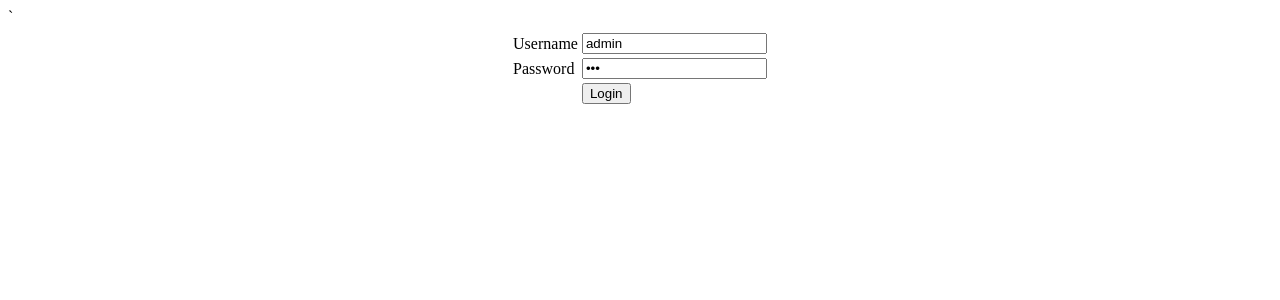
Repository: diepit9x/fpt-academy
Page: http://localhost/SpringMVCExample/login
The author's editor kept a copy of each file at every save. The page is drawn from the files as they stood at one save, then again after the next save.
The browser window is 1280 px wide. The pictures show the whole page.
The page is served by Tomcat 9.

Above is the page before, as saved 2024-07-30 01:30:19.

After the next save:
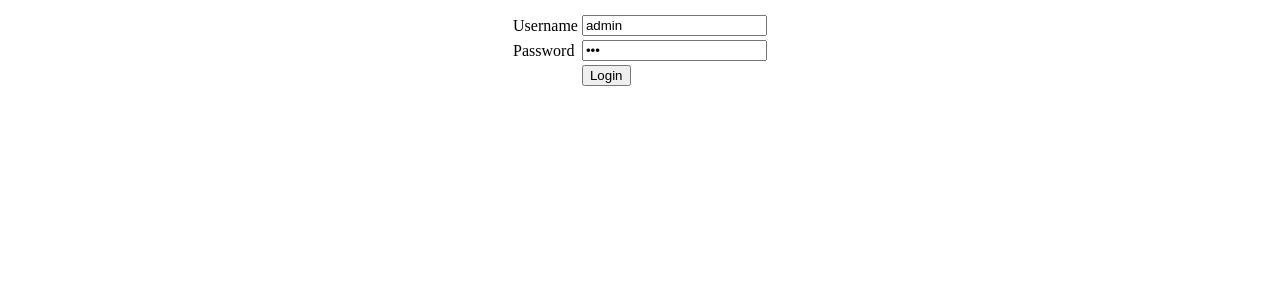
Saved 7 s later.
--- a/04. Spring/SpringMVCExample/src/main/webapp/jsp/login.jsp
+++ b/04. Spring/SpringMVCExample/src/main/webapp/jsp/login.jsp
@@ -1,7 +1,7 @@
 <%@ page language="java" contentType="text/html; charset=UTF-8"
 	pageEncoding="UTF-8"%>
 <%@ taglib prefix="form" uri="http://www.springframework.org/tags/form"%>
-<%@ taglib uri="http://java.sun.com/jsp/jstl/core" prefix="c" %>`
+<%@ taglib uri="http://java.sun.com/jsp/jstl/core" prefix="c" %>
 
 <!DOCTYPE html>
 <html>
